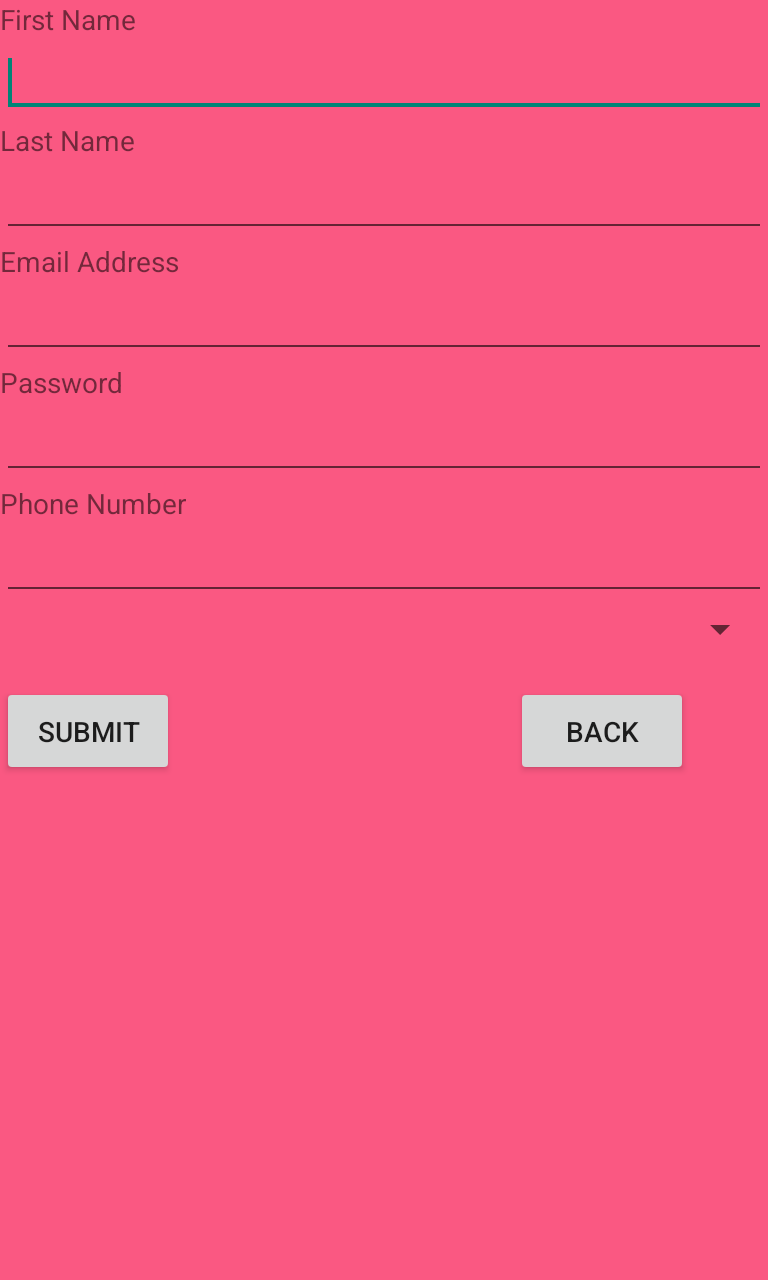
Repository: Clarenaliaka/code-challenge
Layout: ModernMum/res/layout/register.xml
These files come from the project's save history. The layout is drawn as it stood at one moment and after a run of saves; the edit follows.
It is drawn on a 768 x 1280 px phone screen (xhdpi) without system bars, with theme AppTheme; the app's code is not run.

Above is the layout before, as saved 2014-07-31 11:23:06.

### ModernMum/res/layout/register.xml
<?xml version="1.0" encoding="utf-8"?>
<LinearLayout xmlns:android="http://schemas.android.com/apk/res/android"
    android:layout_width="match_parent"
    android:layout_height="match_parent"
    android:orientation="vertical"
    android:background="@color/pink" >

    <TextView
        android:id="@+id/textView1"
        android:layout_width="wrap_content"
        android:layout_height="wrap_content"
        android:text="@string/first" />

    <EditText
        android:id="@+id/etfirst"
        android:layout_width="match_parent"
        android:layout_height="wrap_content"
        android:ems="10" >

        <requestFocus />
    </EditText>

    <TextView
        android:id="@+id/textView2"
        android:layout_width="wrap_content"
        android:layout_height="wrap_content"
        android:text="@string/last" />

    <EditText
        android:id="@+id/etlast"
        android:layout_width="match_parent"
        android:layout_height="wrap_content"
        android:ems="10" />

    <TextView
        android:id="@+id/textView4"
        android:layout_width="wrap_content"
        android:layout_height="wrap_content"
        android:text="@string/email" />

    <EditText
        android:id="@+id/etregemail"
        android:layout_width="match_parent"
        android:layout_height="wrap_content"
        android:ems="10"
        android:inputType="textEmailAddress" />

    <TextView
        android:id="@+id/textView5"
        android:layout_width="wrap_content"
        android:layout_height="wrap_content"
        android:text="@string/Password" />

    <EditText
        android:id="@+id/etregpassword"
        android:layout_width="match_parent"
        android:layout_height="wrap_content"
        android:ems="10"
        android:inputType="textPassword" />

    <TextView
        android:id="@+id/textView3"
        android:layout_width="wrap_content"
        android:layout_height="wrap_content"
        android:text="@string/phone" />

    <EditText
        android:id="@+id/etphone"
        android:layout_width="match_parent"
        android:layout_height="wrap_content"
        android:ems="10" />

    <Spinner
        android:id="@+id/modern"
        android:layout_width="match_parent"
        android:layout_height="wrap_content" />

    <RelativeLayout
    android:layout_width="match_parent"
    android:layout_height="match_parent"
    android:orientation="vertical"
    >

    <Button
        android:id="@+id/btnsubmit"
        android:layout_width="wrap_content"
        android:layout_height="wrap_content"
        android:layout_alignParentLeft="true"
        android:layout_alignParentTop="true"
        android:layout_marginTop="15dp"
        android:text="@string/btnsubmit" />

    <Button
        android:id="@+id/btnback"
        android:layout_width="wrap_content"
        android:layout_height="wrap_content"
        android:layout_alignBaseline="@+id/btnsubmit"
        android:layout_alignBottom="@+id/btnsubmit"
        android:layout_alignParentRight="true"
        android:layout_marginRight="39dp"
        android:text="@string/btnback" />

    </RelativeLayout>

</LinearLayout>

### ModernMum/res/values/color.xml
<?xml version="1.0" encoding="utf-8"?>
<resources>
    <color name="green">#660</color>
<color name="white">#FFFFFF</color>
<color name="black">#000000</color>
<color name="red">#FA5858</color>
<color name="brown">#2A120A</color>
<color name="grew">#151515</color>
<color name="blue">#4E3B6F</color>
<color name="purple">#AA18A3</color>
<color name="darkbrown">#AA4B18</color>
<color name="orange">#ff6633</color>
<color name="lightpink">#FFB6C1</color>
<color name="pink">#FA5882</color>
</resources>

### ModernMum/res/values/strings.xml
<?xml version="1.0" encoding="utf-8"?>
<resources>

    <string name="app_name">ModernMum</string>
    <string name="btnregister">Register</string>
    <string name="action_settings">Settings</string>
    <string name="btnlogin">Login</string>
    <string name="first">First Name</string>
    <string name="last">Last Name</string>
    <string name="email">Email Address</string>
    <string name="Password">Password</string>
    <string name="phone">Phone Number</string>
    <string name="loce">Location</string>
    <string name="title_activity_register_screen">RegisterScreenActivity</string>
    <string name="hello_world">Hello world!</string>
    <string name="title_activity_login_screen">LoginScreenActivity</string>
    <string name="btnsubmit">Submit</string>
    <string name="btnback">back</string>
    <string name="des">This is aplatform for mothers to have their privacy,interact and share emotional
    information by chatting.The can also expose the site by advertising,
    selling and buying their additional baby productr</string>

    <string-array name="modern">
        <item>location</item>
        <item>Westlands</item>
        <item>Ngong road</item>
        <item>Loresho</item>
        <item>Kasarani</item>
        <item>Karen</item>
        <item>langata</item>
        <item>Mt.View</item>
        <item>Uthiru</item>
        <item>Parklands</item>
        <item>Upper Hill</item>
        <item>Nairobi West</item>
        <item>South B</item>
        <item>South C</item>
    </string-array>

    <string name="title_activity_advert_screen">AdvertScreenActivity</string>
    <string name="baby">Baby Products</string>
    <string name="title_activity_home_screen">HomeScreenActivity</string>
    <string name="btnadvert">Advertise</string>
    <string name="btnchat">Chat</string>
    <string name="btntips">Tips</string>
    <string name="btnbuy">Buy</string>
    <string name="title_activity_chat">ChatActivity</string>
    <string name="title_activity_contact_screen">ContactScreenActivity</string>

</resources>

Loaded but not shown: ModernMum/res/values/styles.xml (common file); ModernMum/res/values-v11/styles.xml (common file); ModernMum/res/values-v14/styles.xml (common file)

After the next 2 saves:
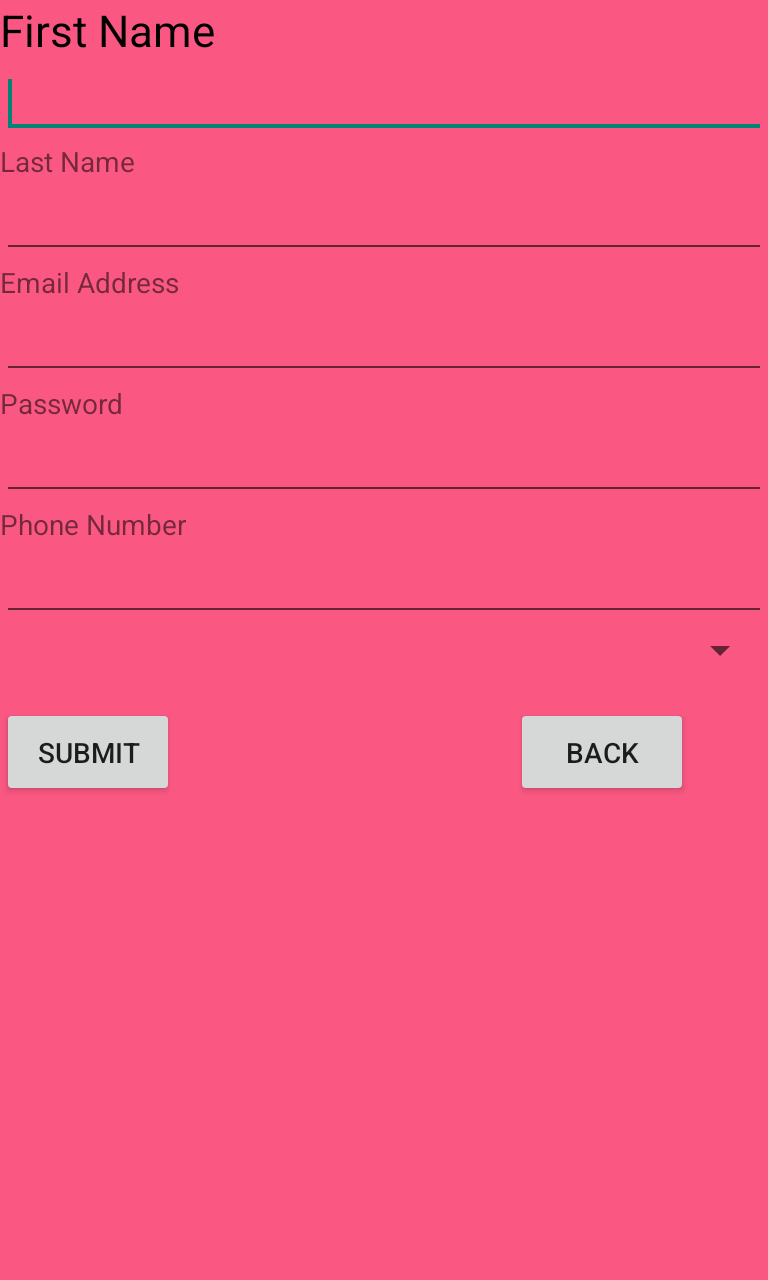
The 2 saves are shown as one change because 1 did not build or start.
The last was saved 113 min 23 s later.
--- a/ModernMum/res/layout/register.xml
+++ b/ModernMum/res/layout/register.xml
@@ -9,7 +9,9 @@
         android:id="@+id/textView1"
         android:layout_width="wrap_content"
         android:layout_height="wrap_content"
-        android:text="@string/first" />
+        android:text="@string/first"
+        android:textSize="22sp"
+        android:textColor="@color/black"/>
 
     <EditText
         android:id="@+id/etfirst"
